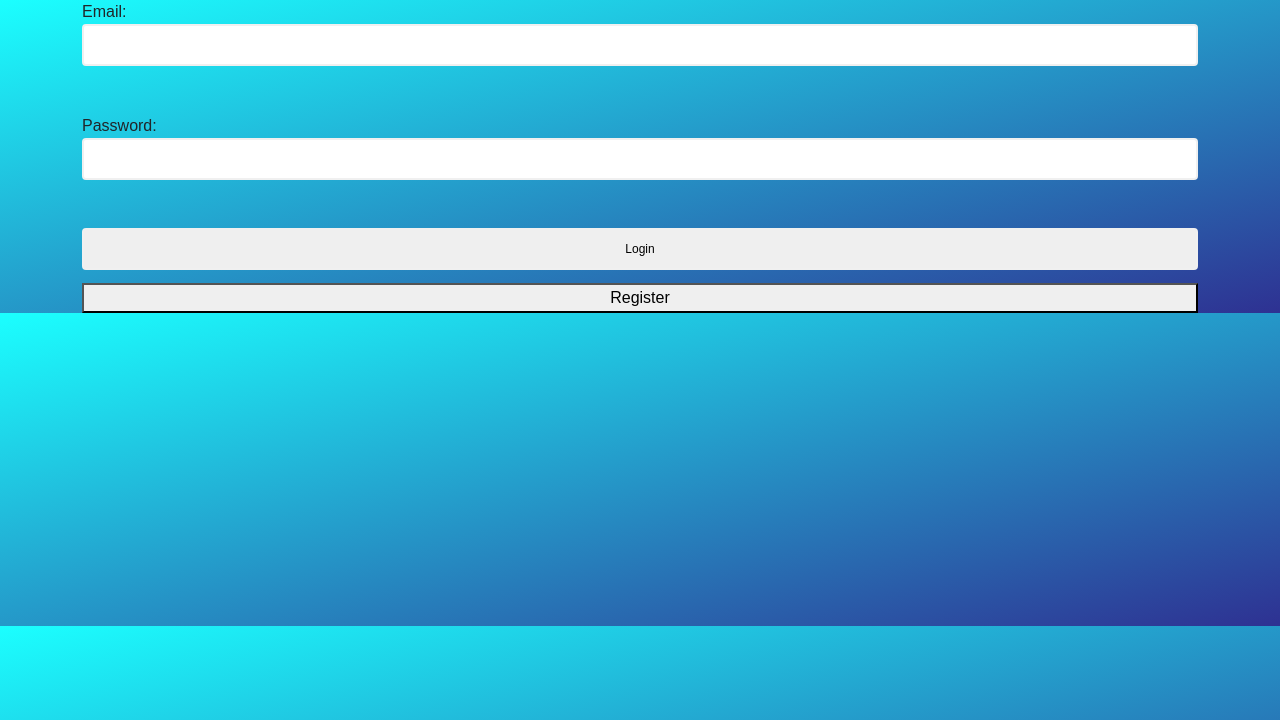
Repository: MD-1107/ISS_Assignment
Page: http://localhost/DemoRegisterLogin/login.jsp
The author's editor kept a copy of each file at every save. The page is drawn from the files as they stood at one save, then again after the next save.
The browser window is 1280 px wide. The pictures show the whole page.
The page is served by Tomcat 9. Other server files are loaded and not shown.

Above is the page before, as saved 2024-01-03 12:21:09.
Console error: TypeError: Cannot read properties of undefined (reading 'name')

### INTEGRATING CLIENT SIDE PROGRAMMING/DemoRegisterLogin/src/main/webapp/login.jsp
<%@ page language="java" contentType="text/html; charset=UTF-8"
    pageEncoding="UTF-8"%>
<!DOCTYPE html>
<html>
<head>
<meta charset="UTF-8">
<title>Insert title here</title>
<link href="https://cdn.jsdelivr.net/npm/bootstrap@5.3.2/dist/css/bootstrap.min.css" rel="stylesheet" integrity="sha384-T3c6CoIi6uLrA9TneNEoa7RxnatzjcDSCmG1MXxSR1GAsXEV/Dwwykc2MPK8M2HN" crossorigin="anonymous">
 <script src="https://cdn.jsdelivr.net/npm/bootstrap@5.3.2/dist/js/bootstrap.bundle.min.js" integrity="sha384-C6RzsynM9kWDrMNeT87bh95OGNyZPhcTNXj1NW7RuBCsyN/o0jlpcV8Qyq46cDfL" crossorigin="anonymous"></script>
<script defer src="script.js"></script>
<link rel="stylesheet" href="style.css">
</head>
<body>
<div class="container">
<form name="loginForm" action="Login" method="post">
   <div class="input-control">
    Email: <input type="text" id="email" name="email"/> <br/> <br/>
    Password: <input type="password" id="password" name="password"/> <br/> <br/>
    <input type="submit" value="Login" />
    <div class="error"></div>
    </div>
</form>
<form action="Register" method="get">
       <div class="input-control">
        <button type="submit">Register</button>
        </div>
</form>
</div>
</body>
</html>

### INTEGRATING CLIENT SIDE PROGRAMMING/DemoRegisterLogin/src/main/webapp/style.css
@charset "UTF-8";
body {
    background: linear-gradient(to left top, #2E3192,#1BFFFF);
    font-family: 'Poppins', sans-serif;
}

#form {
    width: 300px;
    margin: 20vh auto 0 auto;
    padding: 20px;
    background-color: whitesmoke;
    border-radius: 4px;
    font-size: 12px;
}

#form h1 {
    color: #0f2027;
    text-align: center;
}

#form button {
    padding: 10px;
    margin-top: 10px;
    width: 100%;
    color: white;
    background-color: rgb(41, 57, 194);
    border: none;
    border-radius: 4px;
}

.input-control {
    display: flex;
    flex-direction: column;
}

.input-control input {
    border: 2px solid #f0f0f0;
	border-radius: 4px;
	display: block;
	font-size: 12px;
	padding: 10px;
	width: 100%;
}

.input-control input:focus {
    outline: 0;
}

.input-control.success input {
    border-color: #09c372;
}

.input-control.error input {
    border-color: #ff3860;
}

.input-control .error {
    color: #ff3860;
    font-size: 9px;
    height: 13px;
}

### INTEGRATING CLIENT SIDE PROGRAMMING/DemoRegisterLogin/src/main/webapp/script.js
document.addEventListener('DOMContentLoaded', function () {
    const form = document.forms['registerForm'];
    const name = form['name'];
    const email = form['email'];
    const contact = form['contact'];
    const password = form['password'];
    const password2 = form['password2'];
    const gender = form['gender'];
    const city = form['city'];

    form.addEventListener('submit', function (e) {
        e.preventDefault();
        validateInputs();

        if (form.querySelectorAll('.success').length === form.length - 1) {

            window.location.href = '/Login';
        }
    });

    const setError = function (element, message) {
    const inputControl = element.parentElement;
    const errorDisplay = inputControl.querySelector('.error');

    errorDisplay.innerText = message;
    inputControl.classList.add('error');
    inputControl.classList.remove('success');
   };

    const setSuccess = function (element) {
    const inputControl = element.parentElement;
    const errorDisplay = inputControl.querySelector('.error');

    errorDisplay.innerText = '';
    inputControl.classList.add('success');
    inputControl.classList.remove('error');
    };


    const isValidEmail = function (email) {
        const emailFormat = /^(([^<>()[\]\\.,;:\s@"]+(\.[^<>()[\]\\.,;:\s@"]+)*)|(".+"))@((\[[0-9]{1,3}\.[0-9]{1,3}\.[0-9]{1,3}\.[0-9]{1,3}\])|(([a-zA-Z\-0-9]+\.)+[a-zA-Z]{2,}))$/;
        return emailFormat.test(String(email).toLowerCase());
    };

    const validateInputs = function () {
        const nameValue = name.value.trim();
        const emailValue = email.value.trim();
        const contactValue = contact.value.trim();
        const passwordValue = password.value.trim();
        const password2Value = password2.value.trim();
        const genderValue = gender.value;
        const cityValue = city.value;

        if (nameValue === '') {
            setError(name, 'Username is Required');
        } else {
            setSuccess(name);
        }

        if (emailValue === '') {
            setError(email, 'Email is Required');
        } else if (!isValidEmail(emailValue)) {
            setError(email, 'Valid Email is required');
        } else {
            setSuccess(email);
        }

        if (contactValue === '') {
            setError(contact, 'Contact Number is Required');
        } else if (contactValue.length !== 10) {
            setError(contact, 'Provide Valid Contact Number');
        } else {
            setSuccess(contact);
        }

        if (passwordValue === '') {
            setError(password, 'Password is Required');
        } else if (passwordValue.length < 8) {
            setError(password, 'Password should be at least 8 characters');
        } else {
            setSuccess(password);
        }

        if (password2Value === '') {
            setError(password2, 'Please confirm your password');
        } else if (password2Value !== passwordValue) {
            setError(password2, 'The passwords do not match');
        } else {
            setSuccess(password2);
        }

        if (!genderValue) {
            setError(gender, 'Please select a gender');
        } else {
            setSuccess(gender);
        }

        if (cityValue === 'Select City') {
            setError(city, 'Please select a city');
        } else {
            setSuccess(city);
        }
    };
});

After the next save:
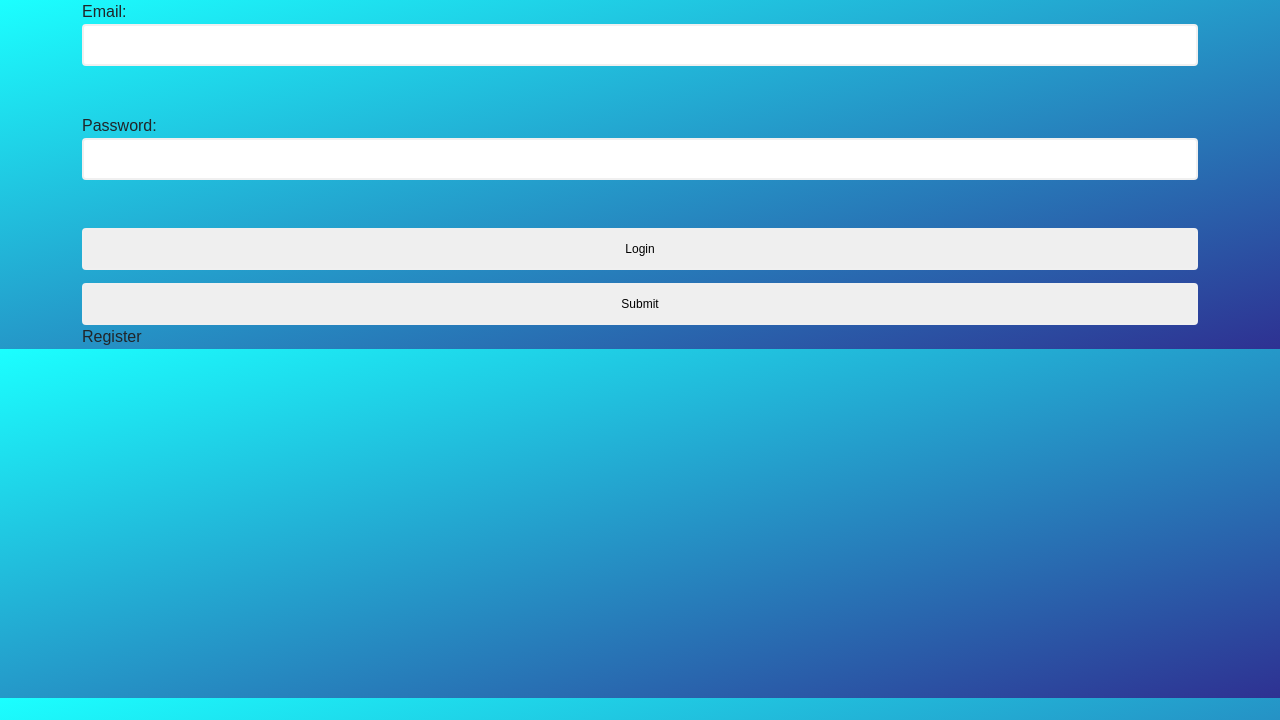
Saved 113 s later.
--- a/INTEGRATING CLIENT SIDE PROGRAMMING/DemoRegisterLogin/src/main/webapp/login.jsp
+++ b/INTEGRATING CLIENT SIDE PROGRAMMING/DemoRegisterLogin/src/main/webapp/login.jsp
@@ -22,7 +22,7 @@
 </form>
 <form action="Register" method="get">
        <div class="input-control">
-        <button type="submit">Register</button>
+        <input type="submit">Register</button>
         </div>
 </form>
 </div>
